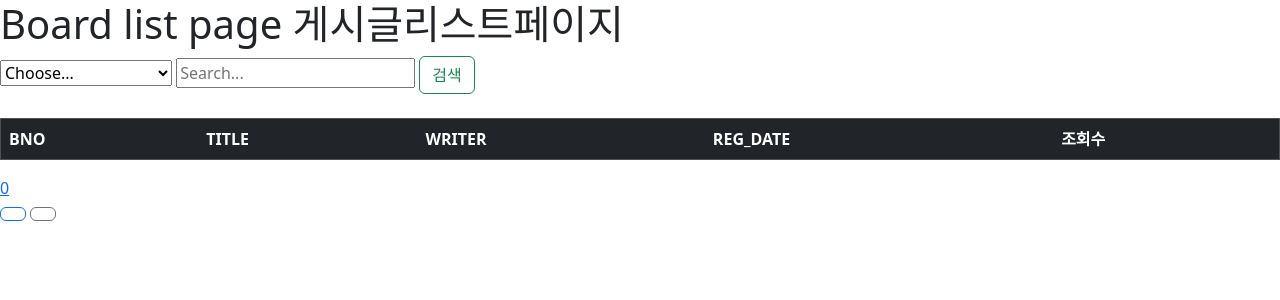
Repository: gatsby5959/_myjsp_workspace_paging_com_2
Page: http://localhost/myjsp_project/board/list.jsp
An editor plug-in stored every save of this project. The page is shown before and after the next save, followed by the edit.
The browser window is 1280 px wide. The pictures show the whole page.
The page is served by Tomcat 9. The template is opened directly, without the code that normally fills it, so the values that code supplies are empty.

Above is the page before, as saved 2023-09-24 04:43:54.

After the next save:
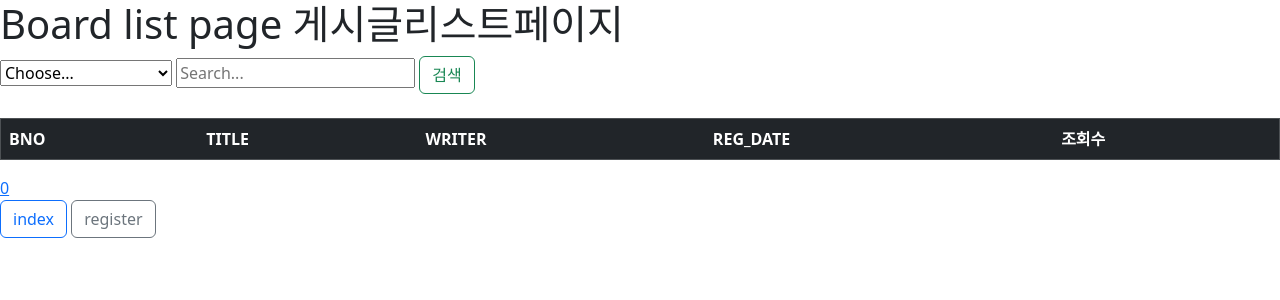
Saved 10 s later.
--- a/myjsp_project/src/main/webapp/board/list.jsp
+++ b/myjsp_project/src/main/webapp/board/list.jsp
@@ -77,8 +77,8 @@
 </div>
 <%-- 페이지네이션 표시구역E --%>
 
-<a href="/index.jsp"><button type="button" class="btn btn-outline-primary"></button></a>
-<a href="/brd/register"><button type="button" class="btn btn-outline-secondary"></button></a>
+<a href="/index.jsp"><button type="button" class="btn btn-outline-primary">index</button></a>
+<a href="/brd/register"><button type="button" class="btn btn-outline-secondary">register</button></a>
 
 </body>
 </html>
